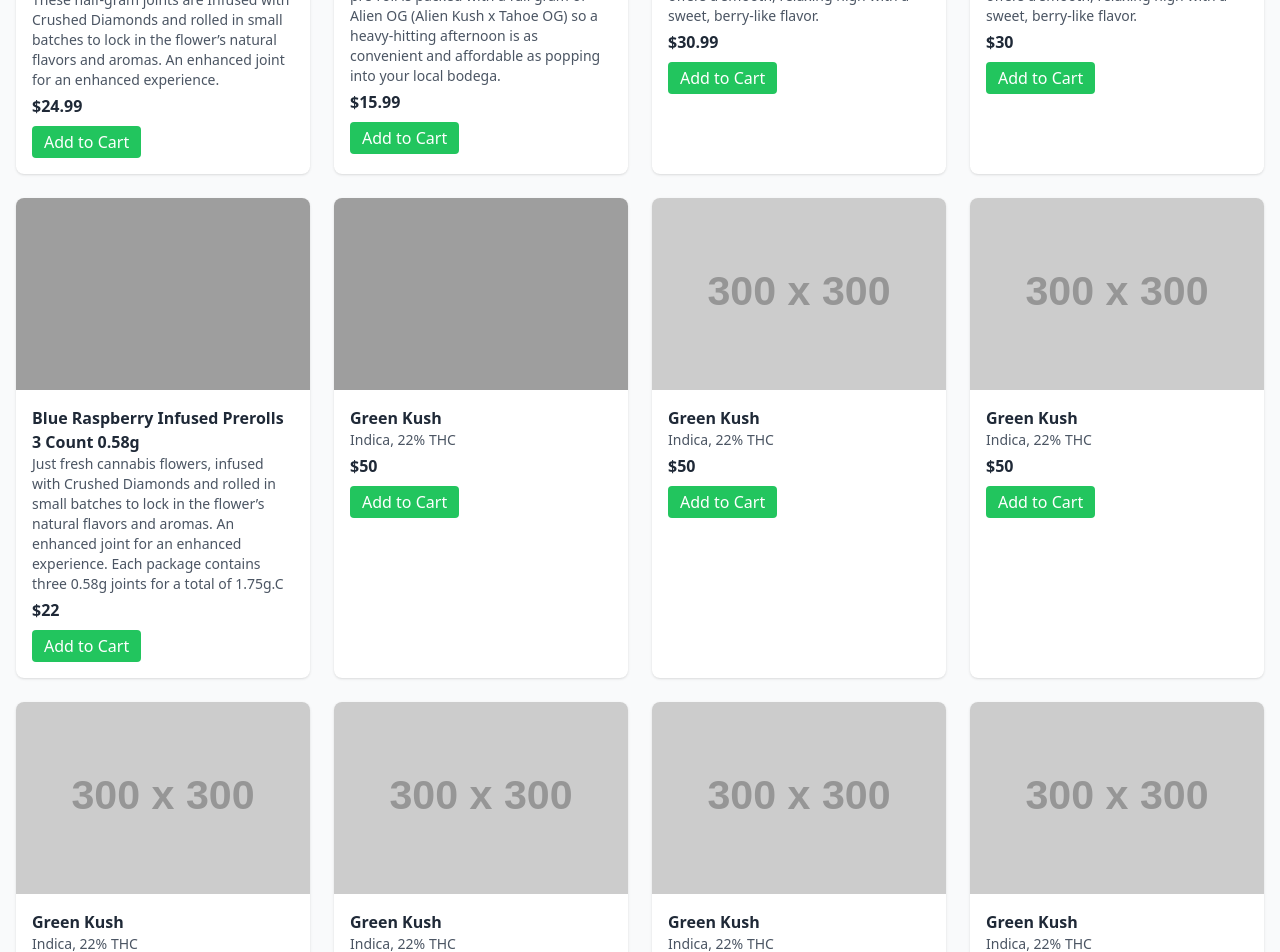
Repository: faryalsaleem50/greencare-cannabis
Page: pre-rolls.html
The author's editor kept a copy of each file at every save. The page is drawn from the files as they stood at one save, then again after the next save.
The browser window is 1280 px wide. The pictures show the part of the page from y = 850 to 1802 px (the page is 2584 px tall).
Pictures or frames that could not be fetched are drawn as grey boxes. A picture or video elsewhere on the page could not be fetched, so the positions and the page height are approximate. Some web libraries are served in a nearby version.

Above is the page before, as saved 2026-02-11 14:16:26.

After the next save:
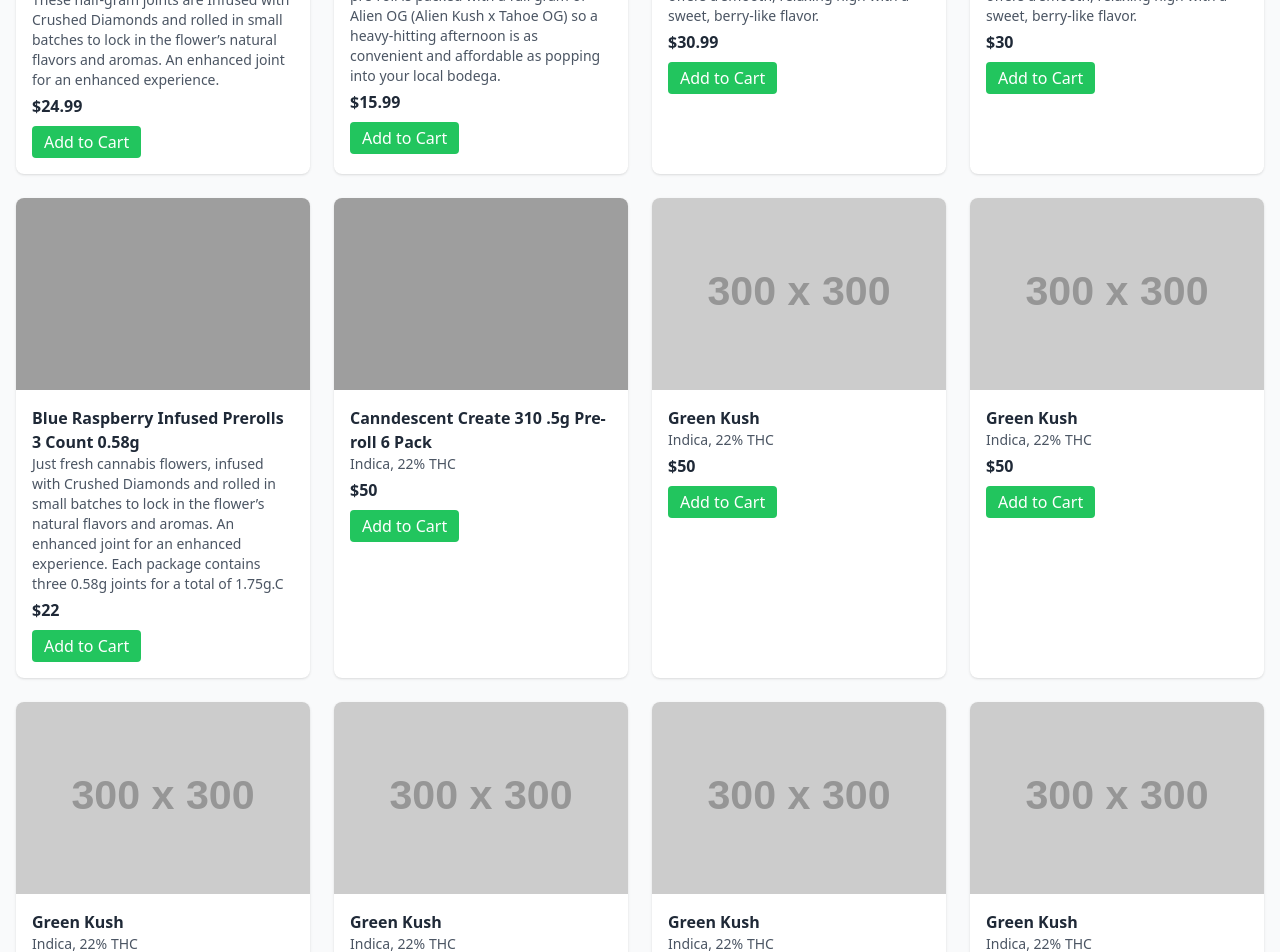
Saved 14 s later.
--- a/pre-rolls.html
+++ b/pre-rolls.html
@@ -209,7 +209,7 @@
        <div class="bg-white rounded-lg shadow overflow-hidden">
         <img src="https://www.greencarecannabisdispensary.com/wp-content/uploads/2022/08/Canndescent-Create-310-.5g.webp" alt="Product" class="w-full h-48 object-cover" />
         <div class="p-4">
-          <h3 class="font-semibold">Green Kush</h3>
+          <h3 class="font-semibold">Canndescent Create 310 .5g Pre-roll 6 Pack</h3>
           <p class="text-sm text-gray-600">Indica, 22% THC</p>
           <p class="font-bold mt-1">$50</p>
           <button class="mt-2 bg-primary text-white px-3 py-1 rounded hover:bg-secondary transition add-to-cart">
